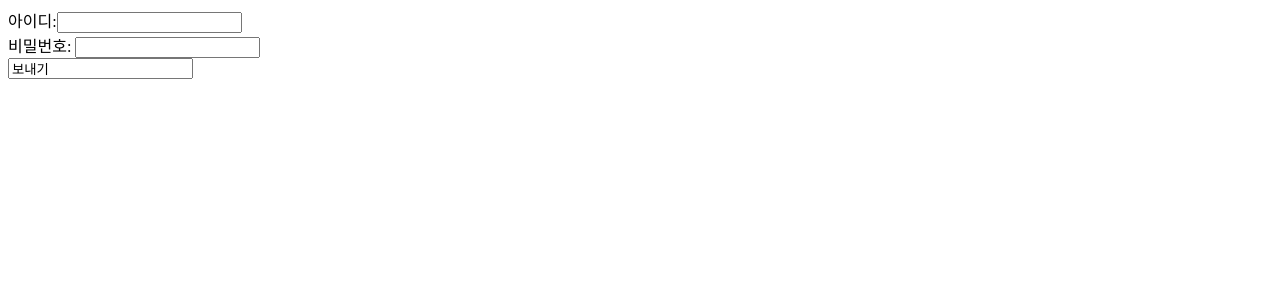
Repository: Ryustam/JSP
Page: jsp_practice/src/main/webapp/ex_21(get).html
An editor plug-in stored every save of this project. The page is shown before and after the next save, followed by the edit.
The browser window is 1280 px wide. The pictures show the whole page.

Above is the page before, as saved 2021-11-02 02:17:27.

### jsp_practice/src/main/webapp/ex_21(get).html
<!DOCTYPE html>
<html>
<head>
<meta charset="EUC-KR">
<title>Insert title here</title>
</head>
<body>
	<form METHOD="GET" action="ex_21(get).jsp">
	아이디:<input type="text" name="ID"> <br>
	비밀번호: <input type ="password" name="pass"> <br>
	<input TYPE="sumbit" value="보내기">
	</form>
</body>
</html>

After the next save:
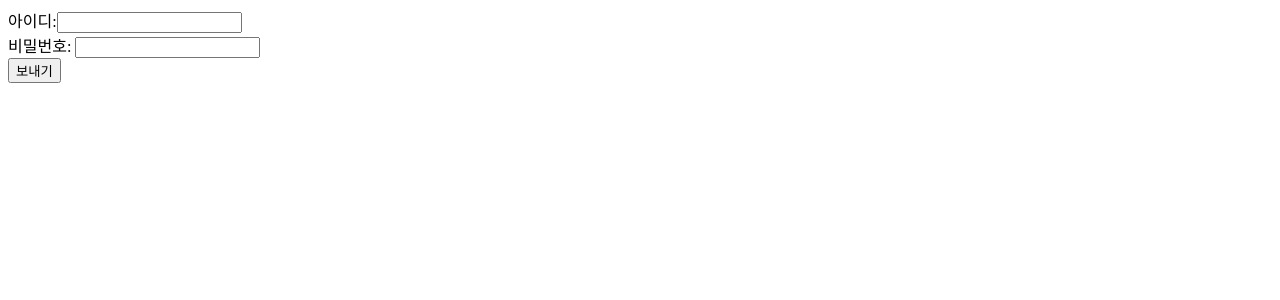
Saved 32 s later.
--- a/jsp_practice/src/main/webapp/ex_21(get).html
+++ b/jsp_practice/src/main/webapp/ex_21(get).html
@@ -8,7 +8,7 @@
 	<form METHOD="GET" action="ex_21(get).jsp">
 	아이디:<input type="text" name="ID"> <br>
 	비밀번호: <input type ="password" name="pass"> <br>
-	<input TYPE="sumbit" value="보내기">
+	<input TYPE="submit" value="보내기">
 	</form>
 </body>
 </html>
